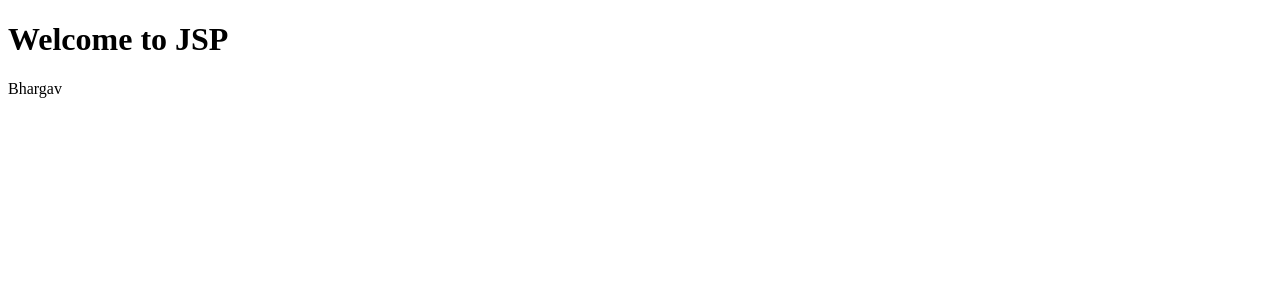
Repository: bigee1397/22-3-2024
Page: http://localhost/JSPDemos/hello.jsp
The author's editor kept a copy of each file at every save. The page is drawn from the files as they stood at one save, then again after a run of saves.
The browser window is 1280 px wide. The pictures show the whole page.
The page is served by Tomcat 9.

Above is the page before, as saved 2024-03-14 11:02:36.

After the next 2 saves:
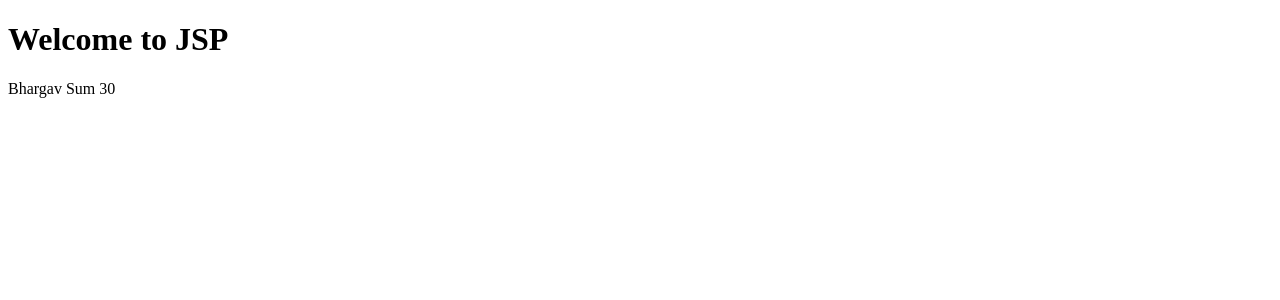
The 2 saves are shown as one change because they came seconds apart.
The last was saved 17 min 19 s later.
--- a/jspandservlets/JSPDemos/src/main/webapp/hello.jsp
+++ b/jspandservlets/JSPDemos/src/main/webapp/hello.jsp
@@ -12,5 +12,7 @@
 		String name = "Bhargav";
 		out.println(name);
 		%>
+		<% int x=10, y=20; %>
+		<% out.println("Sum " + (x+y)); %>
 </body>
 </html>
